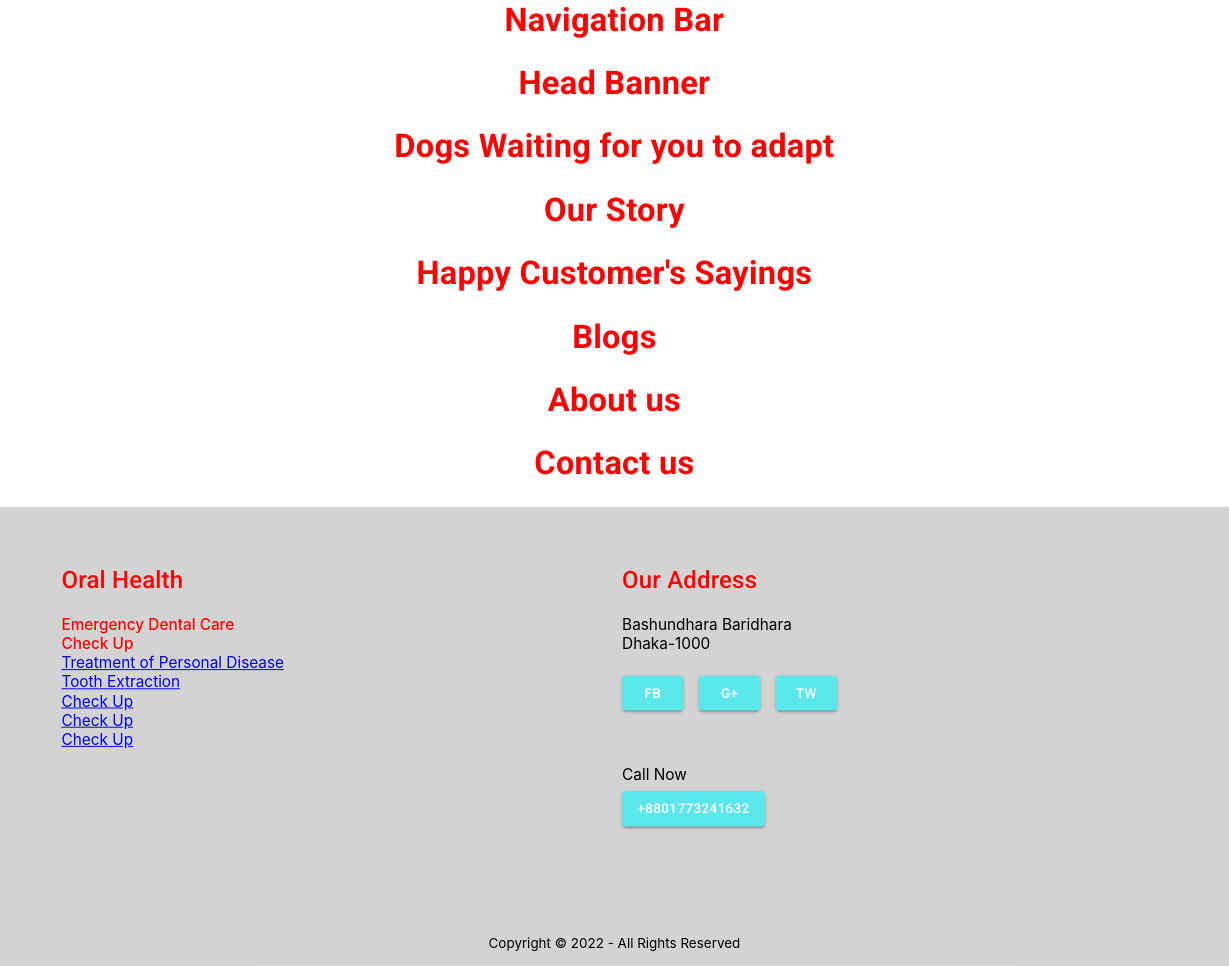
Repository: Sharif-00112/dogos-paradise-client
Page: /home
These files come from the project's save history. The page is drawn as it stood at one moment and after the next save; the edit follows.
The browser window is 1280 px wide. The pictures show the whole page, at 96% of full size.
The project was rebuilt for these pictures with package versions that can differ from the ones it lists, and the page was loaded fresh each time. Also part of the build but not shown: src/Pages/Login/Login/Login.js, src/Pages/Login/Register/Register.js, src/Pages/NotFound/NotFound.js.

Above is the page before, as saved 2022-11-30 22:41:27.

After the next save:
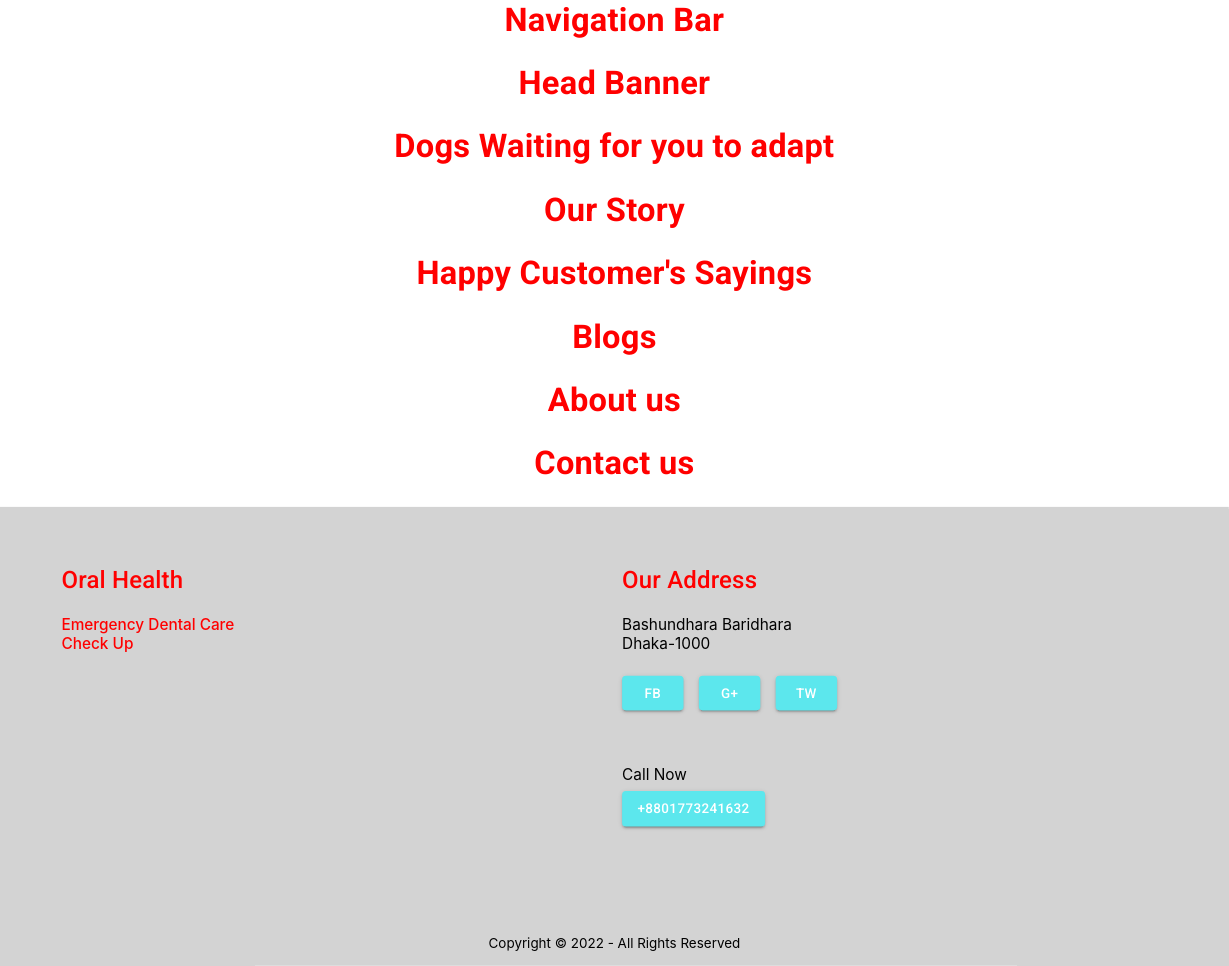
Saved 31 s later.
--- a/src/Pages/Shared/Footer/Footer.js
+++ b/src/Pages/Shared/Footer/Footer.js
@@ -22,26 +22,6 @@ const Footer = () => {
                         </Link>
                         <br />
                         <Link style={{ textDecoration:'none', color: 'red', fontWeight: 500, fontSize: 16 }} to = '/checkUp'>
-                            Check Up
-                        </Link>
-                        <br />
-                        <Link to = '/treatmentOfPersonalDisease'>
-                            Treatment of Personal Disease
-                        </Link>
-                        <br />
-                        <Link to = '/toothExtraction'>
-                            Tooth Extraction
-                        </Link>
-                        <br />
-                        <Link to = '/checkUp'>
-                            Check Up
-                        </Link>
-                        <br />
-                        <Link to = '/checkUp'>
-                            Check Up
-                        </Link>
-                        <br />
-                        <Link to = '/checkUp'>
                             Check Up
                         </Link>
                     </Grid>
